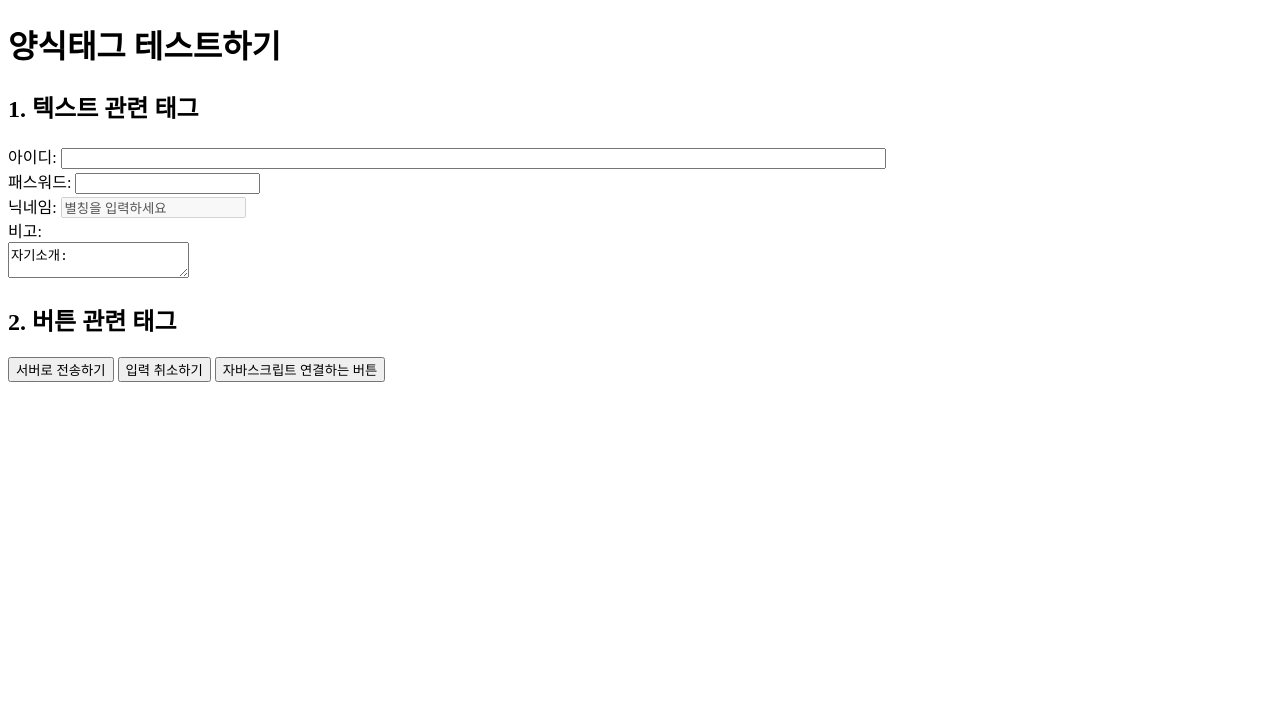
Repository: insunkang/JSP
Page: clientweb/WebContent/html/formTest.html
The author's editor kept a copy of each file at every save. The page is drawn from the files as they stood at one save, then again after the next save.
The browser window is 1280 px wide. The pictures show the whole page.

Above is the page before, as saved 2020-01-02 06:48:33.

### clientweb/WebContent/html/formTest.html
<!DOCTYPE html>
<html>
<head>
<meta charset="EUC-KR">
<title>Insert title here</title>
</head>
<body>
	<h1>양식태그 테스트하기</h1>
	<form action="/clientweb/member/login.jsp" method="get">   <!--  -->
	 	<h2>1. 텍스트 관련 태그</h2>
	 	아이디: <input type="text" name="id" size="100" maxlength="20"><br/>
	 	패스워드: <input type="password" name="pass"><br/>
	 	닉네임: <input type="text" name="nickname" value="별칭을 입력하세요"
	 			disabled="disalbed"><br/>
	 	비고:<br/>
	 	<textarea rows="" cols="" name="info">자기소개:</textarea>

	 	<h2>2. 버튼 관련 태그</h2>
	 	<input type="submit" value="서버로 전송하기">
	 	<input type="reset" value="입력 취소하기">
	 	<input type="button" value="자바스크립트 연결하는 버튼"
	 		onclick="alert('환영합니다.')"/> <!--onclick: 마우스로 이 버튼을 클릭 했을때  라는 뜻 -->

	</form>
</body>
</html>

After the next save:
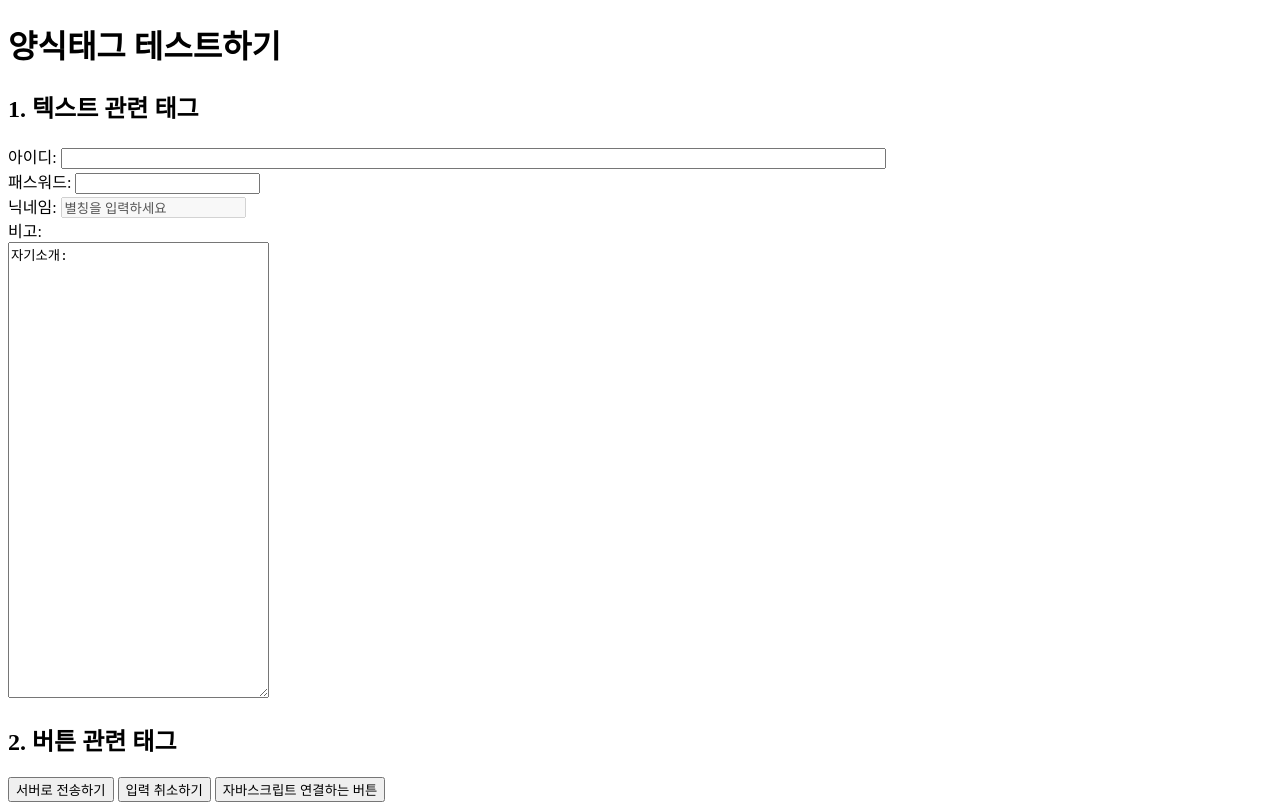
Saved 5 s later.
--- a/clientweb/WebContent/html/formTest.html
+++ b/clientweb/WebContent/html/formTest.html
@@ -13,7 +13,7 @@
 	 	닉네임: <input type="text" name="nickname" value="별칭을 입력하세요"
 	 			disabled="disalbed"><br/>
 	 	비고:<br/>
-	 	<textarea rows="" cols="" name="info">자기소개:</textarea>
+	 	<textarea rows="30" cols="30" name="info">자기소개:</textarea>
 
 	 	<h2>2. 버튼 관련 태그</h2>
 	 	<input type="submit" value="서버로 전송하기">
